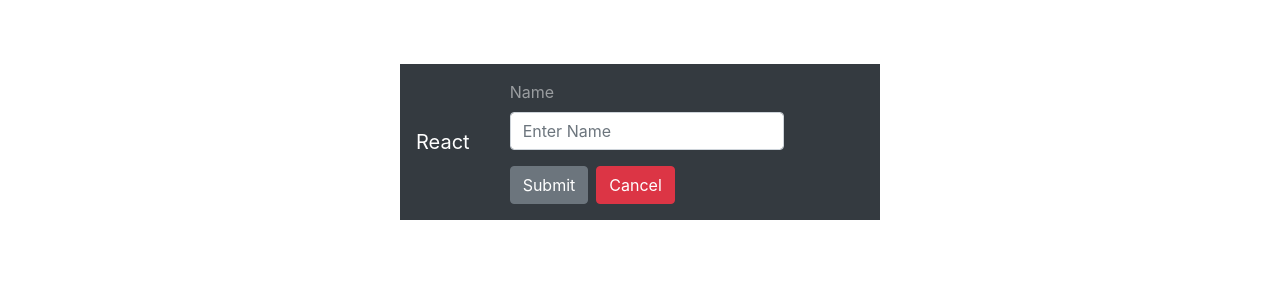
Repository: Abdaljawad-Aya/interview-task
Page: /add (app in javascriptArray/test/)
These files come from the project's save history. The page is drawn as it stood at one moment and after the next save; the edit follows.
The browser window is 1280 px wide. The pictures show the whole page.
Some web libraries are served in a nearby version. The project was rebuilt for these pictures with package versions that can differ from the ones it lists, and the page was loaded fresh each time. Also part of the build but not shown: javascriptArray/test/src/compnents/Home.js, javascriptArray/test/src/compnents/EditUser.js. Imported but missing from the stored project, and not drawn on this page: javascriptArray/test/src/compnents/Heading, javascriptArray/test/src/compnents/UserList, javascriptArray/test/src/context/GlobalState.

Above is the page before, as saved 2021-03-10 16:12:06.

After the next save:
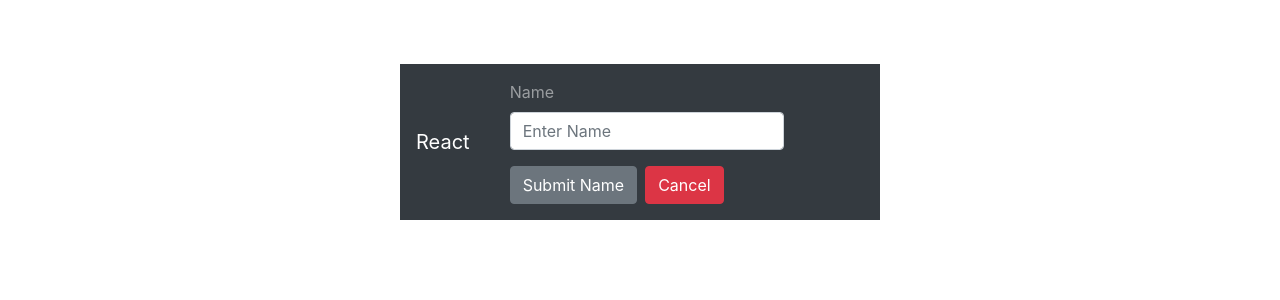
Saved 6 s later.
--- a/javascriptArray/test/src/compnents/AddUser.js
+++ b/javascriptArray/test/src/compnents/AddUser.js
@@ -8,7 +8,7 @@ export const AddUser = () => {
         <Label>Name</Label>
         <Input type="text" placeholder="Enter Name"></Input>
       </FormGroup>
-      <Button type="submit">Submit</Button>
+      <Button type="submit">Submit Name</Button>
       <Link to="/" className="btn btn-danger ml-2">
         Cancel
       </Link>
